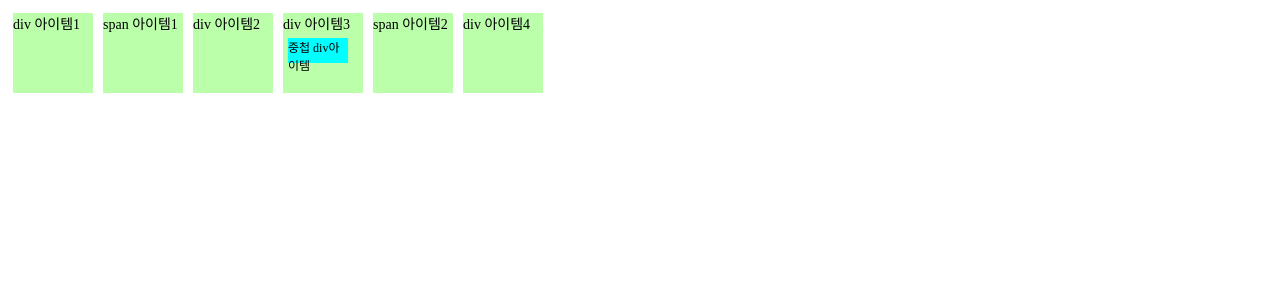
Repository: reddrinkbro/JSPStudy
Page: jQuery/WebContent/2계층선택자/11.html
An editor plug-in stored every save of this project. The page is shown before and after the next save, followed by the edit.
The browser window is 1280 px wide. The pictures show the whole page.

Above is the page before, as saved 2020-04-21 05:50:35.

### jQuery/WebContent/2계층선택자/11.html
<!DOCTYPE html PUBLIC "-//W3C//DTD HTML 4.01 Transitional//EN" "http://www.w3.org/TR/html4/loose.dtd">
<html>
<head>
<meta http-equiv="Content-Type" content="text/html; charset=UTF-8">
<title>Insert title here</title>
	<script src="https://code.jquery.com/jquery-3.3.1.js"></script>
	<script type="text/javascript">

	</script>
	<style type="text/css">
		div,span{
			width: 80px;
			height: 80px;
			background:#bfa;
			float:left;
			margin: 5px;
			font-size:14px;
			display:block;
		}

		div#small{
			width:60px;
			height:25px;
			font-size:12px;
			background:aqua;
		}
	</style>
</head>
<body>
	<div>div 아이템1</div>
	<span id="prev">span 아이템1</span>
	<div>div 아이템2</div>
	<div>div 아이템3 <div id="small">중첩 div아이템</div></div>
	<span>span 아이템2</span>
	<div>div 아이템4</div>
</body>
</html>

After the next save:
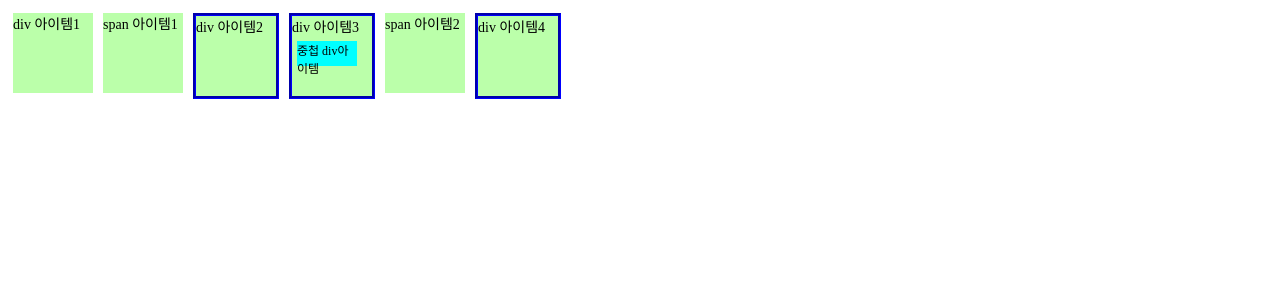
Saved 16 min 50 s later.
--- a/jQuery/WebContent/2계층선택자/11.html
+++ b/jQuery/WebContent/2계층선택자/11.html
@@ -3,9 +3,23 @@
 <head>
 <meta http-equiv="Content-Type" content="text/html; charset=UTF-8">
 <title>Insert title here</title>
+	<!--
+		jQuery 계층선택자 종류
+
+		다중 형제 선택자 -> $("#prev ~ siblings")
+		: prev 요소 바로 다음에 나오는 모든 형제요소를 선택해서 반환함
+
+		예제 주제 : id속성값이 "prev"인 태그 다음에 오는 모든 형제 태그를 선택해서 border스타일 적용하는 예제
+
+	 -->
 	<script src="https://code.jquery.com/jquery-3.3.1.js"></script>
 	<script type="text/javascript">
+		$(function(){
+			//id속성값이 prev인 <span>태그를 선택해서 다음에 나오는 형제태그중에서 <div>태그를 선택해
+			//border속성의 값을 설정
 
+			$("#prev ~ div").css("border","3px groove blue");
+		});
 	</script>
 	<style type="text/css">
 		div,span{
